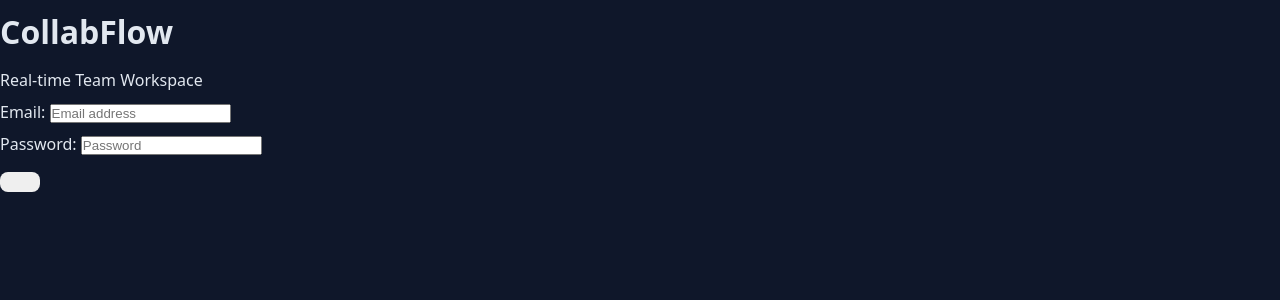
Repository: Lovethrech/collabflow
Page: /
The author's editor kept a copy of each file at every save. The page is drawn from the files as they stood at one save, then again after the next save.
The browser window is 1280 px wide. The pictures show the whole page.
The project was rebuilt for these pictures with package versions that can differ from the ones it lists, and the page was loaded fresh each time. The framework's server and built-in components were replaced by stand-ins that run in the browser. Also part of the build but not shown: nuxt.config.ts.

Above is the page before, as saved 2026-05-20 19:14:39.

After the next save:
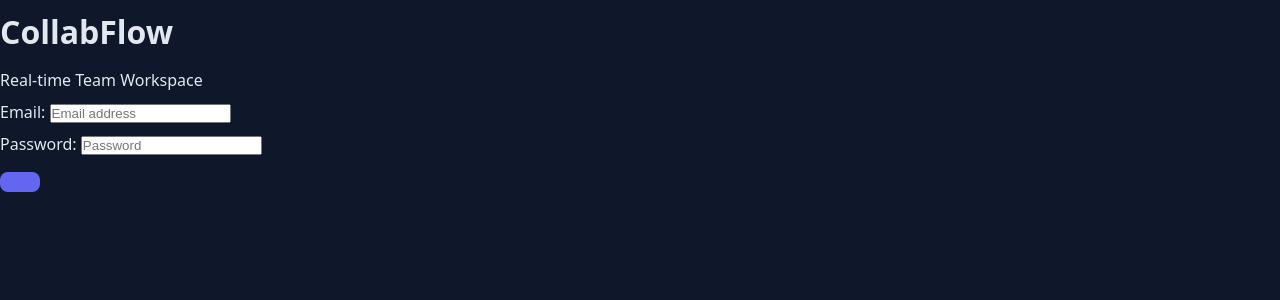
Saved 5 s later.
--- a/app/pages/index.vue
+++ b/app/pages/index.vue
@@ -38,7 +38,7 @@
                         requires
                     />
                 </div>
-                <button type="submit" class="btn"></button>
+                <button type="submit" class="btn btn-primary"></button>
             </form>
         </div>
     </div>
